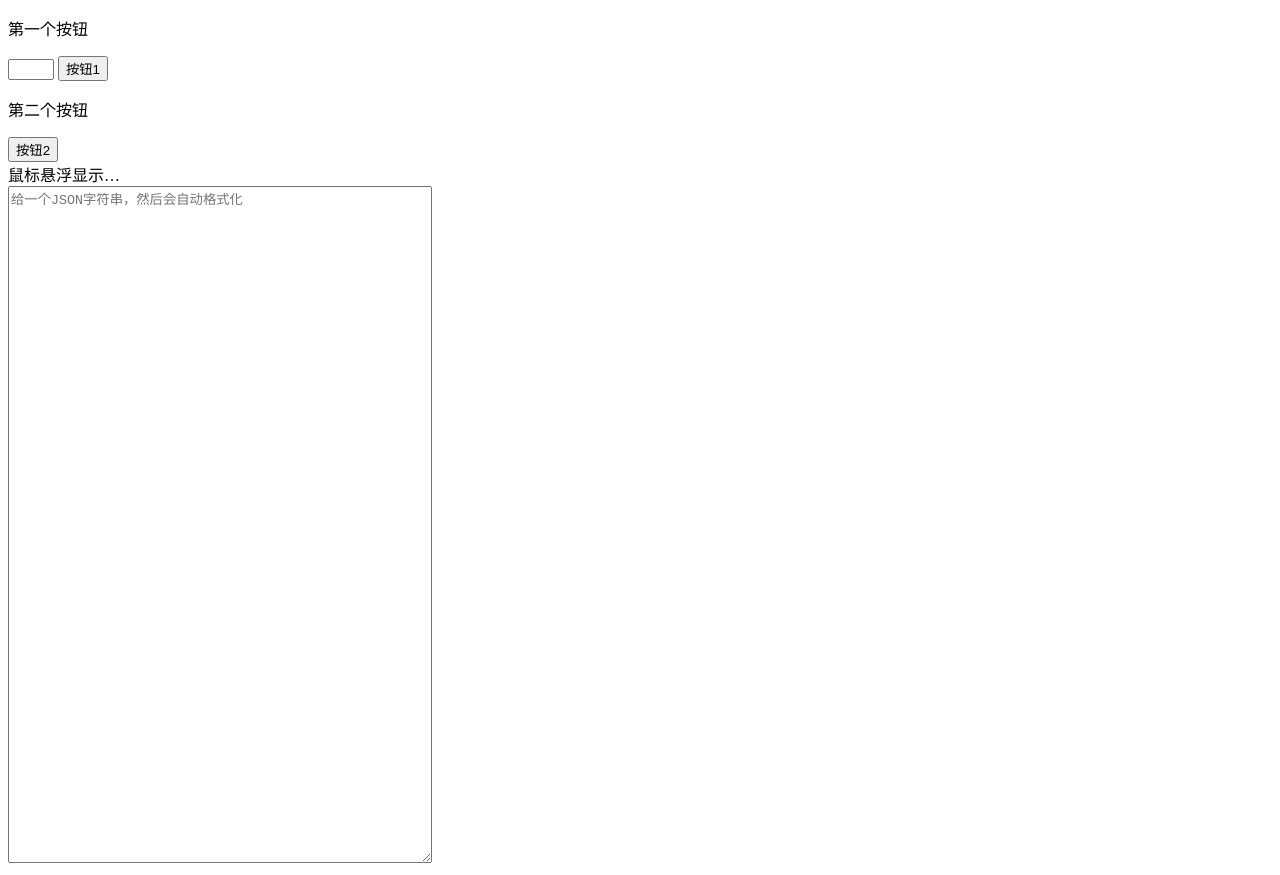
Repository: wangyanqing666/study
Page: json对象操作.html
These files come from the project's save history. The page is drawn as it stood at one moment and after the next save; the edit follows.
The browser window is 1280 px wide. The pictures show the whole page.

Above is the page before, as saved 2020-06-13 21:40:05.

### json对象操作.html
<!DOCTYPE html>
<html lang="en">

<head>
    <meta charset="UTF-8">
    <meta name="viewport" content="width=device-width, initial-scale=1.0">
    <title>Document</title>

    <script src="https://cdn.bootcss.com/jquery/3.4.1/jquery.js"></script>
    <script type="text/javascript" src="wyq.js"></script>
    <script type="text/javascript" charset="utf-8">
        $(function () {
            $('#but1').click(function () {
                var str = $('#editor1').val();
                var str1 = formatjson(str);
                $('#editor1').val(str1)

            });
            $('#but2').click(function () {
                var str = $('#editor1').val();
                alert(isjson(str));

            });


            $("#but1").hover(function () {
                $("p").css("background-color", "yellow");
            }, function () {
                $("p").css("background-color", "pink");
            })

        })

    </script>

    <style type="text/css">
        .list {
            overflow: hidden;
 text-overflow: ellipsis;
 white-space: nowrap;
 width: 3%;
        }
    </style>
</head>

<body>
    <div>
        <p>第一个按钮</p>
        <input type="text" class="list">
        <button type="submit" id='but1'  title="你要的文字" > 按钮1</button>
        <p>第二个按钮</p>
        <input type="button" value="按钮2" id='but2' />
        <br>
        <div style='width:120px;white-space:nowrap;text-overflow:ellipsis;overflow:hidden;' title='鼠标悬浮显示的内容'>鼠标悬浮显示的内容</div>

    </div>

    <div>
        <textarea class="list " style="height: 671px; width: 418px;" id="editor1" placeholder="给一个JSON字符串，然后会自动格式化"
            spellcheck="false" name="jstr"></textarea>
    </div>



</body>

</html>

### wyq.js
function isjson(str) {
  if (typeof str == "string") {
    try {
      var obj = JSON.parse(str);
      if (obj instanceof Object && obj) {
        return true;
      } else {
        return false;
      }
    } catch (e) {
      console.log("error:" + str + "!!!" + e);
      return false;
    }
  } else {
    console.log("error:" + str + "不是一个字符串");

    return false;
  }
}

function formatjson(jsonStr) {
  var input;
  try {
    if (jsonStr.length == 0) {
    //   return false;
        return alert("输入内容不能为空");

    } else if (!isjson(jsonStr)) {
             return alert("您输入的内容非正规json格式，请检查后重试！");
           }
    input = eval("(" + jsonStr + ")");
  } catch (error) {
    console.log(error);
    return alert("JSON 格式化错误！");
  }

  return JSON.stringify(input, null, 4);
}

After the next save:
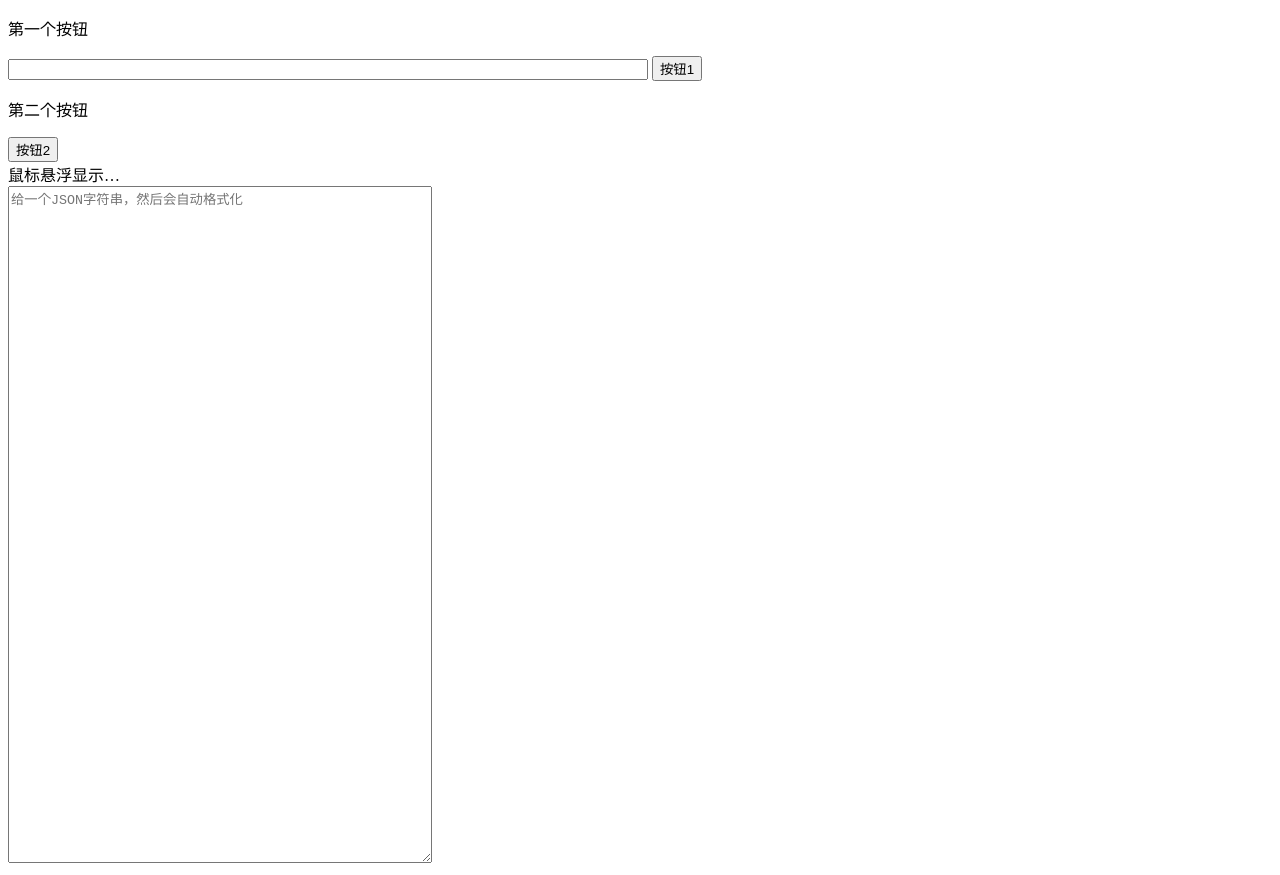
Saved 20 s later.
--- a/json对象操作.html
+++ b/json对象操作.html
@@ -38,7 +38,7 @@
             overflow: hidden;
  text-overflow: ellipsis;
  white-space: nowrap;
- width: 3%;
+ width: 50%;
         }
     </style>
 </head>
